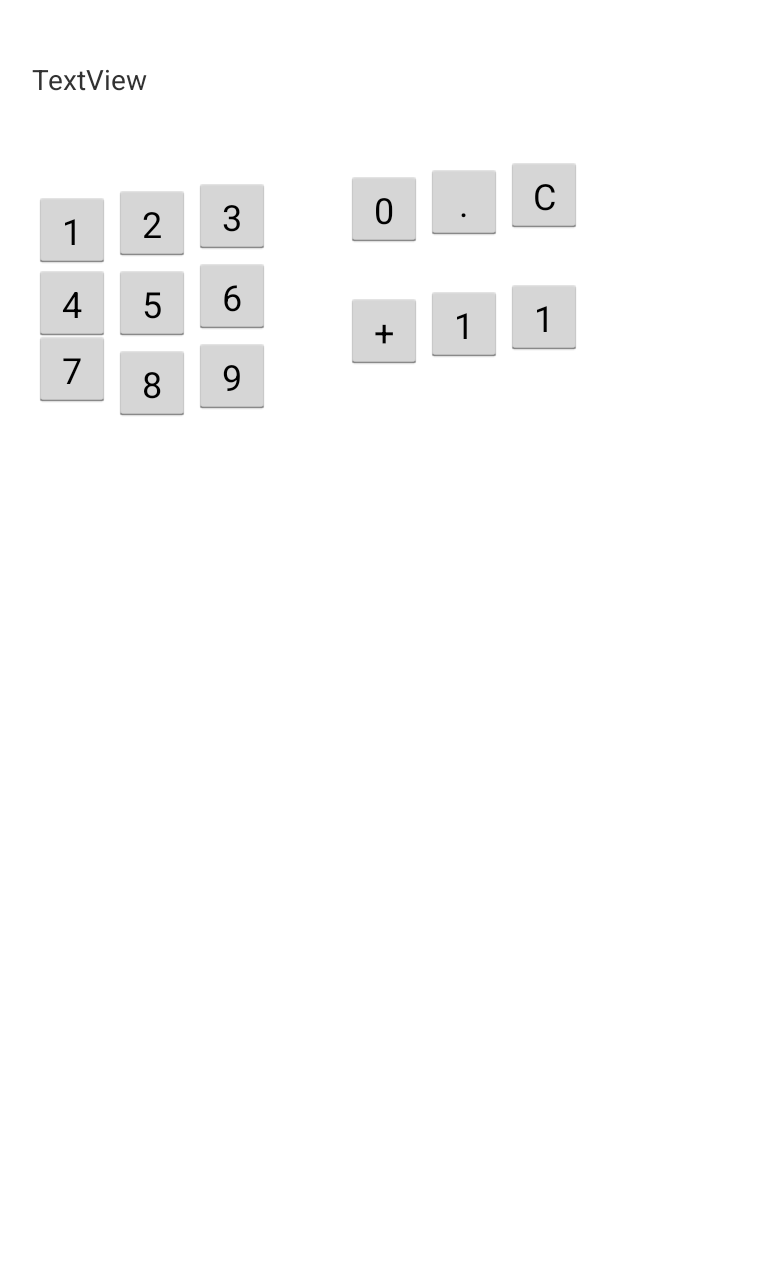
Repository: khushboop-optimus/Android-Assignment
Layout: calculator/res/layout/activity_main.xml
The author's editor kept a copy of each file at every save. The layout is drawn from the files as they stood at one save, then again after the next save.
It is drawn on a 768 x 1280 px phone screen (xhdpi) without system bars, with theme AppTheme; the app's code is not run.

Above is the layout before, as saved 2013-09-13 04:27:32.

After the next save:
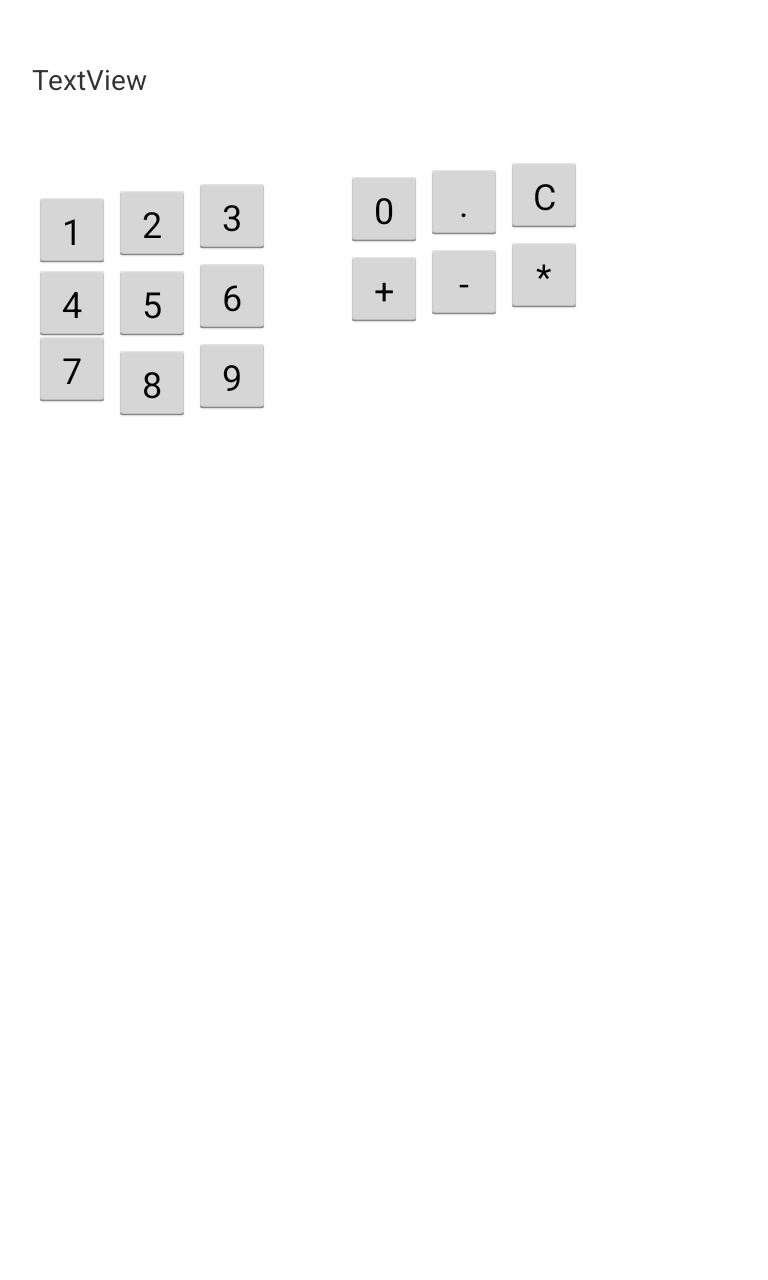
Saved 61 s later.
--- a/calculator/res/layout/activity_main.xml
+++ b/calculator/res/layout/activity_main.xml
@@ -79,22 +79,13 @@
                 android:text="C" />
 
             <Button
-                android:id="@+id/Button04"
-                android:layout_width="40dp"
-                android:layout_height="40dp"
-                android:layout_alignBottom="@+id/7"
-                android:layout_marginBottom="19dp"
-                android:layout_toLeftOf="@+id/Button02"
-                android:text="+" />
-
-            <Button
                 android:id="@+id/Button05"
                 android:layout_width="40dp"
                 android:layout_height="40dp"
                 android:layout_alignBaseline="@+id/Button04"
                 android:layout_alignBottom="@+id/Button04"
                 android:layout_toLeftOf="@+id/Button03"
-                android:text="1" />
+                android:text="-" />
 
             <Button
                 android:id="@+id/Button06"
@@ -103,7 +94,7 @@
                 android:layout_alignBaseline="@+id/Button05"
                 android:layout_alignBottom="@+id/Button05"
                 android:layout_alignLeft="@+id/Button03"
-                android:text="1" />
+                android:text="*" />
 
             <Button
                 android:id="@+id/7"
@@ -148,4 +139,12 @@
                 android:layout_toRightOf="@+id/5"
                 android:text="6" />
 
+            <Button
+                android:id="@+id/Button04"
+                android:layout_width="40dp"
+                android:layout_height="40dp"
+                android:layout_alignLeft="@+id/Button01"
+                android:layout_below="@+id/Button01"
+                android:text="+" />
+
 </RelativeLayout>
